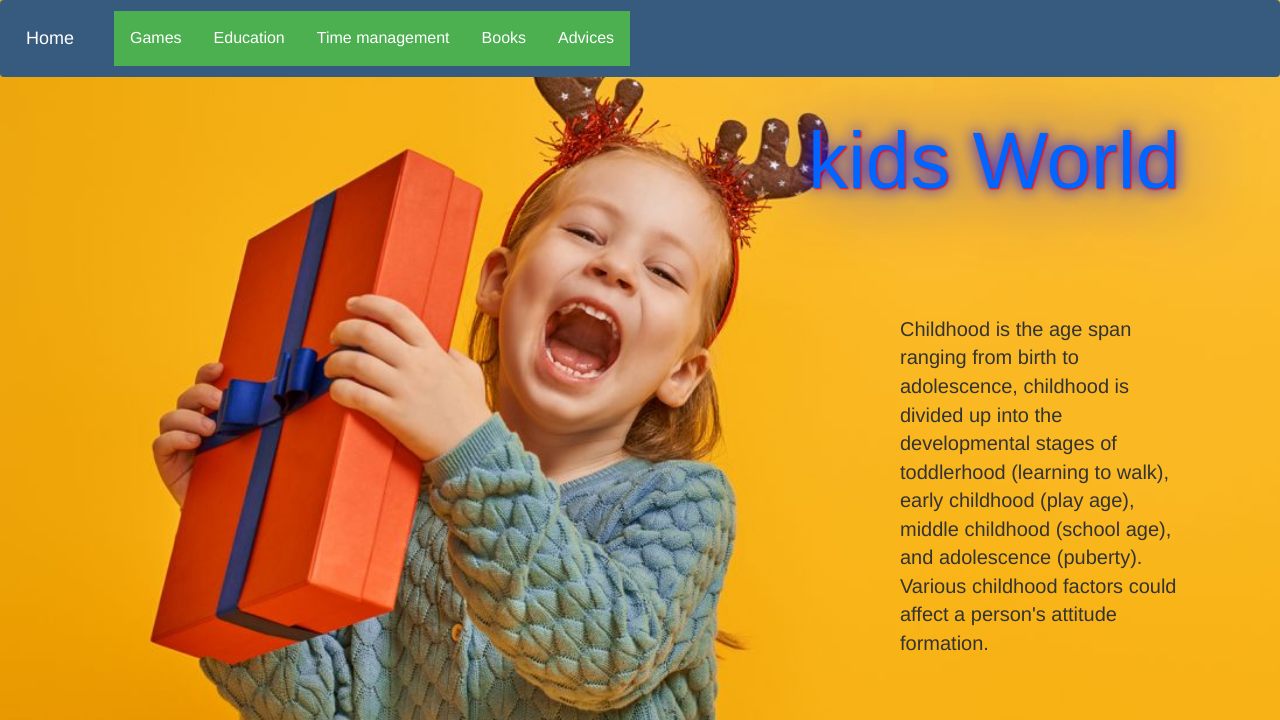
Repository: helmi003/hackathon-2019
Page: index.html
These files come from the project's save history. The page is drawn as it stood at one moment and after the next save; the edit follows.
The browser window is 1280 px wide. The pictures show the whole page.

Above is the page before, as saved 2022-09-04 17:30:50.

### index.html
<html>
<head>

<title> My website </title>
<link rel="stylesheet" href="styl.css">
<link rel="stylesheet" href="index\css\bootstrap.css">
<link rel="stylesheet" href="styl.css">
  <link rel="stylesheet" href="https://maxcdn.bootstrapcdn.com/bootstrap/3.4.0/css/bootstrap.min.css">
  <script src="https://ajax.googleapis.com/ajax/libs/jquery/3.4.1/jquery.min.js"></script>
  <script src="https://maxcdn.bootstrapcdn.com/bootstrap/3.4.0/js/bootstrap.min.js"></script>
  <style>
.dropbtn {
  background-color: #4CAF50;
  color: white;
  padding: 16px;
  font-size: 16px;
  border: none;
  cursor: pointer;
}

.dropdown {
  position: relative;
  display: inline-block;
}

.dropdown-content {
  display: none;
  position: absolute;
  background-color: #f9f9f9;
  min-width: 160px;
  box-shadow: 0px 8px 16px 0px rgba(0,0,0,0.2);
  z-index: 1;
}

.dropdown-content a {
  color: black;
  padding: 12px 16px;
  text-decoration: none;
  display: block;
}

.dropdown-content a:hover {background-color: #f1f1f1}

.dropdown:hover .dropdown-content {
  display: block;
}

.dropdown:hover .dropbtn {
  background-color: #3e8e41;
}
body
{
  background-image: url("1.jpg");
  background-repeat: no-repeat,repeat-x;
  background-attachment:fixed;
  background-size:1400px;
}
h1
{
  float:right;
  margin-right:100px;
  font-size:80px;
  color:#0066ff;
  text-shadow:1px 1px 2px red, 0 0 1em blue, 0 0 0.2em blue;
}
p
{
   float:right;
  margin-right:100px;
  padding-top:100px;
  padding-left:900px;
  font-size:20px;
}

</style>

</head>

<body>



		<nav class="navbar navbar-expand-lg navbar-dark bg-primary">
		  <a class="navbar-brand" href="#">Home</a>
		  <button class="navbar-toggler" type="button" data-toggle="collapse" data-target="#navbarColor01" aria-controls="navbarColor01" aria-expanded="false" aria-label="Toggle navigation">
			<span class="navbar-toggler-icon"></span>
		  </button>

		  <div class="collapse navbar-collapse" id="navbarColor01">
			<ul class="navbar-nav mr-auto">
			  <li class="nav-item active">

							 <div class="dropdown">
								  <button class="dropbtn">Games</button>
								  <div class="dropdown-content">
								  <a href="game\4_7\4_7.html" target="_blank">4-7</a>
								  <a href="game\7_12\7_12.html" target="_blank">7-12</a>
								  <a href="game\12+\12_18.html"target="_blank">12-18</a>
								  </div>
								</div>

			  </li>
			  <li class="nav-item">
										 <div class="dropdown">
								  <button class="dropbtn">Education</button>
								  <div class="dropdown-content">
								  <a href="education\tbchild1.html"target="_blank">4-6</a>
								  <a href="education\tbchild2.html"target="_blank">7++</a>

								  </div>
								</div>
			  </li>
			  <li class="nav-item">

											 <div class="dropdown">
								  <button class="dropbtn">Time management</button>
								  <div class="dropdown-content">
								  <a href="in\time-management.html"target="_blank">Time management</a>

								  </div>
								</div>
			  </li>
			  <li class="nav-item">

							 <div class="dropdown">
								  <button class="dropbtn">Books</button>
								  <div class="dropdown-content">
								  <a href="book\4-6.html" target="_blank">4-6</a>
								  <a href="book\7++.html" target="_blank">7++</a>

								  </div>
								</div>
			  </li>
			  <li class="nav-item">


				 <div class="dropdown">
								  <button class="dropbtn">Advices</button>
								  <div class="dropdown-content">
								  <a href="in\Advices.html" target="_blank">Advices</a>

								  </div>
								</div>
			  </li>

			</ul>
			<!-- <form class="form-inline my-2 my-lg-0"> -->
			  <!-- <input class="form-control mr-sm-2" type="text" placeholder="Search"> -->
			  <!-- <button class="btn btn-secondary my-2 my-sm-0" type="submit">Search</button> -->
			<!-- </form> -->
		  </div>
		</nav>

							 <h1>kids World</h1>
			  <p>Childhood is the age span ranging from birth to adolescence, childhood is divided up into the developmental stages of toddlerhood (learning to walk), early childhood (play age), middle childhood (school age), and adolescence (puberty). Various childhood factors could affect a person's attitude formation.</p>




</body>
</html>

Loaded but not shown: styl.css (library); css/bootstrap.css (library)

After the next save:
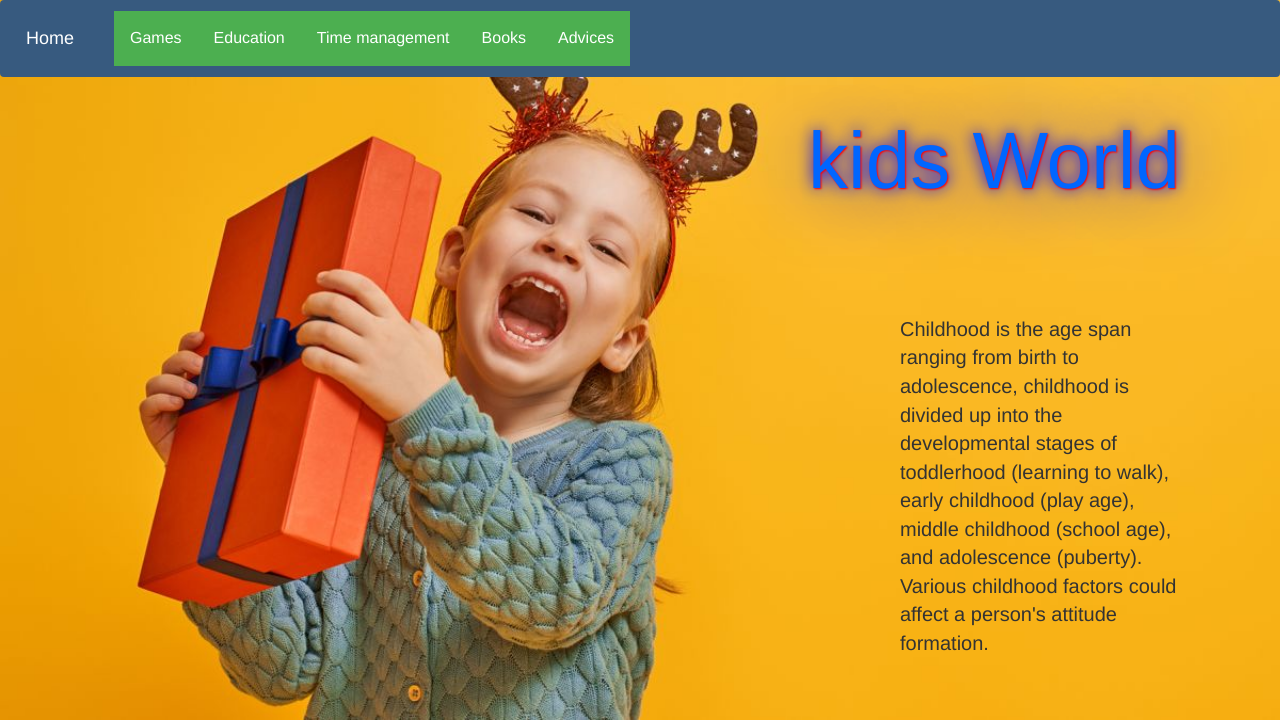
Saved 29 s later.
--- a/index.html
+++ b/index.html
@@ -52,8 +52,9 @@
 {
   background-image: url("1.jpg");
   background-repeat: no-repeat,repeat-x;
+  background-size: 100% 100%;
   background-attachment:fixed;
-  background-size:1400px;
+  overflow:hidden;
 }
 h1
 {
